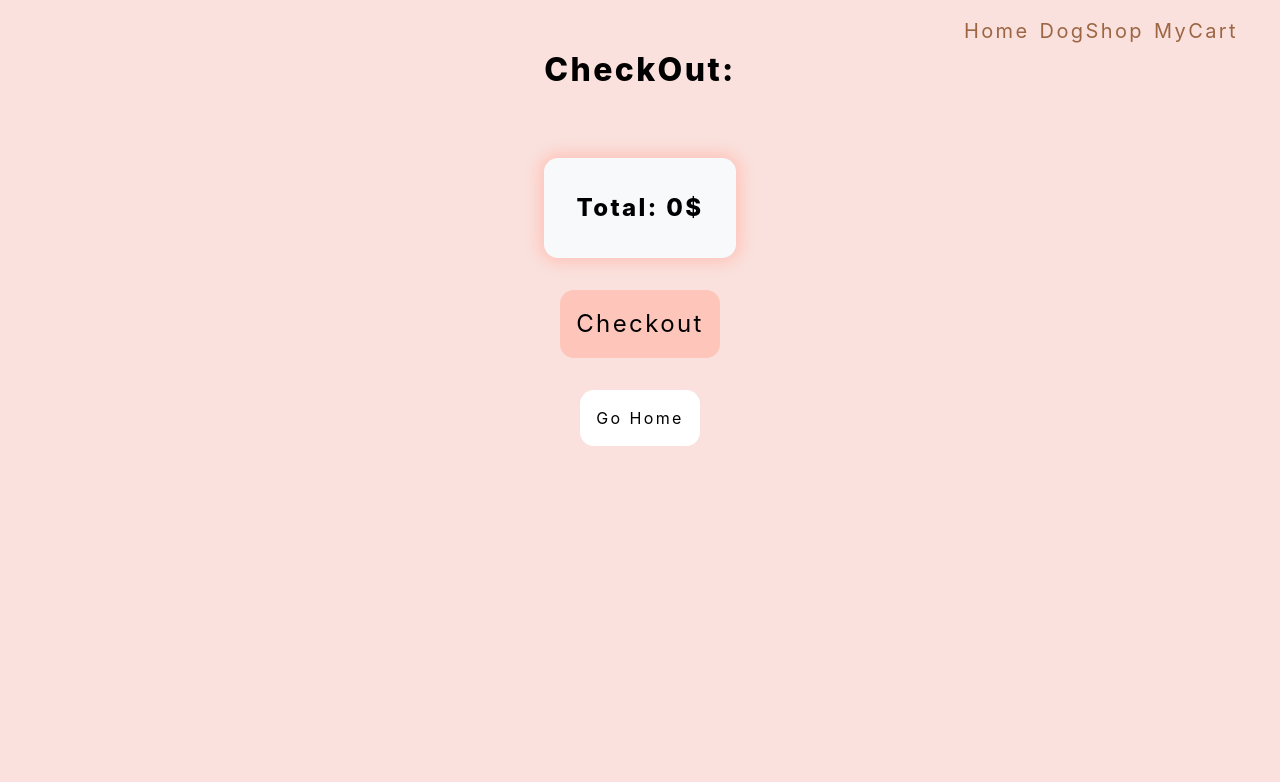
Repository: hoangbayern/dog_shop
Page: /cart (app in frontend/)
An editor plug-in stored every save of this project. The page is shown before and after the next save, followed by the edit.
The browser window is 1280 px wide. The pictures show the whole page.
The page's requests for data from a server got no answer. The project was rebuilt for these pictures with package versions that can differ from the ones it lists, and the page was loaded fresh each time. No one was signed in, and anything a server would have sent is missing. Also part of the build but not shown: frontend/src/components/Home/Home.jsx, frontend/src/components/Dogs/dogs.css, frontend/src/components/Dogs/DogsCart.jsx, frontend/src/components/Dogs/DogPage.jsx.

Above is the page before, as saved 2023-08-04 00:34:24.

### frontend/src/App.js
import "./App.css";
import { BrowserRouter, Routes, Route } from "react-router-dom";
import { Home } from "./components/Home/Home";
import { DogPage } from "./components/Dogs/DogPage";
import { MyCart } from "./components/Cart/MyCart";
import { Navbar } from "./components/Navbar/Navbar";
import { useEffect, useState } from "react";
import axios from "axios";
import { CartContext } from "./components/Contexts/CartContext";

function App() {
  const [allDogs, setAllDogs] = useState([]);
  const [myCart, addCart] = useState([]);
  const [total, setTotal] = useState(0);

  useEffect(() => {
    async function getUser() {
      try {
        const response = await axios.get("http://localhost:8080/v1/dogs");
        console.log(response);
        setAllDogs(response.data);
      } catch (error) {
        console.error(error);
      }
    }
    getUser();
  }, []);
  return (
    <>
      <CartContext.Provider value={{myCart, addCart, total, setTotal}}>
        <BrowserRouter>
          <Navbar />
          <div className="page-container">
            <Routes>
              <Route>
                <Route path="/" element={<Home />} />
                <Route path="/dogs" element={<DogPage allDogs={allDogs} />} />
                <Route path="/cart" element={<MyCart />} />
              </Route>
            </Routes>
          </div>
        </BrowserRouter>
      </CartContext.Provider>
    </>
  );
}

export default App;

### frontend/src/App.css
*,
*::before,
*::after {

  box-sizing: border-box;
  padding:0;
  margin: 0;
}

body {
  background-color: #fae1dd;
  min-height: 100vh;
  scroll-behavior: smooth;
  text-rendering: optimizeSpeed;
  line-height: 1.5;
  padding:1rem 2rem 1rem 2rem;
  font-size:1.25rem;
  letter-spacing: 0.15rem;
  font-family: 'Inter', sans-serif;
}

.page-container{
  display:flex;
  justify-content:center;
  height: 100vh;
}

### frontend/src/components/Cart/MyCart.jsx
import React, { useContext } from "react";
import { CartContext } from "../Contexts/CartContext";
import "./cart.css";

export const MyCart = () => {
  const { myCart } = useContext(CartContext);
  const { total } = useContext(CartContext);
  return (
    <>
      <section className="cart-container">
        <div className="cart-header">CheckOut:</div>
        <div className="cart-items">
          {myCart.map((item) => {
            return (
              <div className="cart-items">
                <img src={item.image} className="cart-item-img" alt="" />
                <span>{item.name}: {item.price}$</span>
              </div>
            );
          })}
          <div className="cart-total"> Total: {total}$ </div>
        </div>
        <div className="cart-checkout">Checkout</div>
        <div className="cart-gohome">Go Home</div>
      </section>
    </>
  );
};

### frontend/src/components/Navbar/Navbar.jsx
import React from 'react'
import { Link } from 'react-router-dom'
import "./narbar.css";

export const Navbar = () => {
  return (
    <>
        <div className='navbar'>
            <Link to='/'> Home </Link>
            <Link to='/dogs'> DogShop </Link>
            <Link to='/cart'> MyCart </Link>
        </div>
    </>
  )
}

### frontend/src/components/Contexts/CartContext.js
import { createContext } from "react";

export const CartContext = createContext([{}]);

### frontend/src/components/Cart/cart.css
.cart-container {
    display: flex;
    flex-direction: column;
    align-items: center;
  }
  .cart-items {
    text-align: center;
    margin-top: 4rem;
    background-color: #f8f9fa;
    box-shadow: 0px 0px 15px 5px #fec5bb;
    border-radius: 14px;
    font-size: 1.5rem;
    padding: 2rem;
  }
  .cart-item {
    display: flex;
    align-items: center;
    margin-bottom: 3rem;
  }
  .cart-header {
    font-size: 2rem;
    font-weight: 800;
  }
  .cart-item-img {
    border-radius: 50%;
    object-fit: cover;
    width: 70px;
    height: 70px;
    margin: 0rem 2rem 0 0;
  }

  .cart-total {
    font-weight: 800;
  }
  .cart-checkout {
    border: none;
    background-color: #fec5bb;
    border-radius: 14px;
    padding: 1rem;
    margin-top: 2rem;
    cursor: pointer;
    font-size: 1.5rem;
    transition:200ms ease-in-out;
  }
  .cart-checkout:hover, .cart-gohome:hover{
    background-color: #ff8fa3;
  }

  .cart-gohome {
    border: none;
    background-color: white;
    border-radius: 14px;
    padding: 1rem;
    margin-top: 2rem;
    cursor: pointer;
    font-size: 1rem;
    transition:200ms ease-in-out;
  }

### frontend/src/components/Navbar/narbar.css
.navbar {
    display: flex;
    justify-content: end;
    flex-direction: row;
}
.navbar > * {
    padding-right: 10px;
    text-decoration: none;
    color: #9c6644;
}
.navbar > *:hover {
    color: #e76f51;
}

Loaded but not shown: frontend/src/index.js (common file)

After the next save:
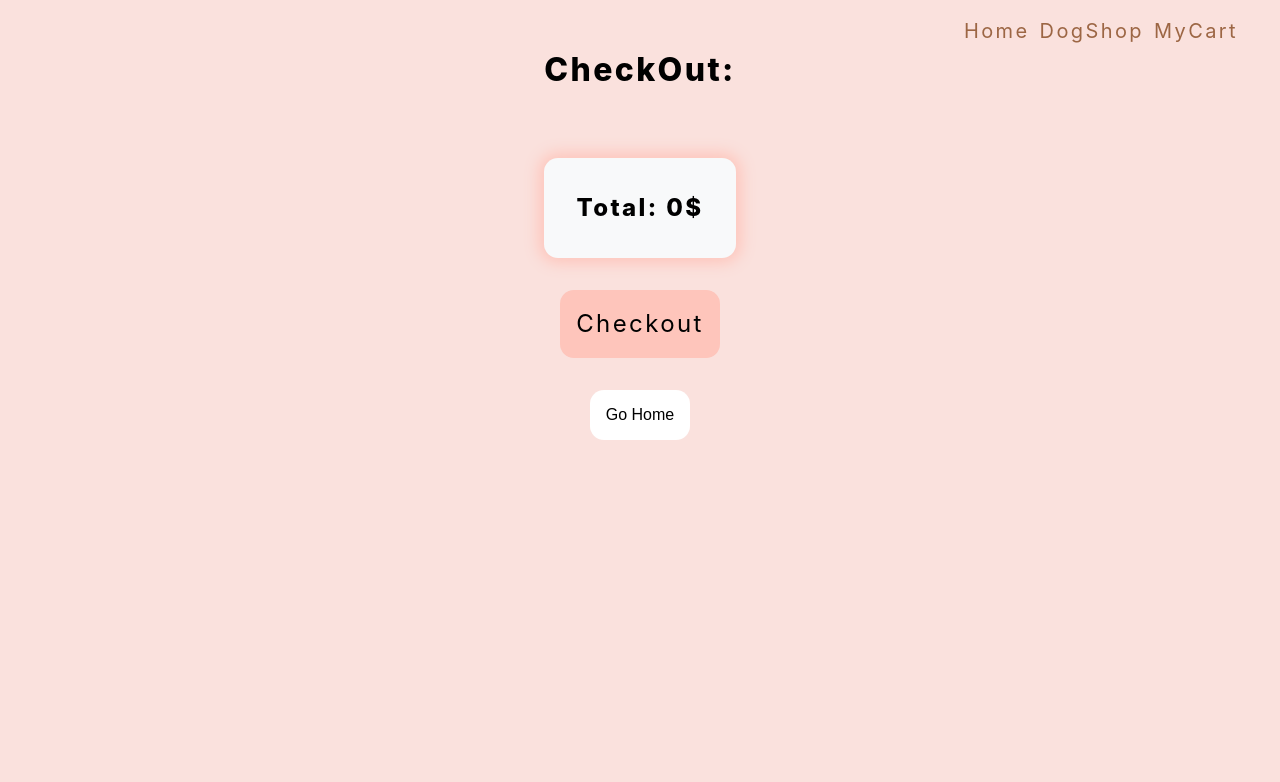
Saved 32 s later.
--- a/frontend/src/components/Cart/MyCart.jsx
+++ b/frontend/src/components/Cart/MyCart.jsx
@@ -21,7 +21,7 @@ export const MyCart = () => {
           <div className="cart-total"> Total: {total}$ </div>
         </div>
         <div className="cart-checkout">Checkout</div>
-        <div className="cart-gohome">Go Home</div>
+        <button className="cart-gohome">Go Home</button>
       </section>
     </>
   );
